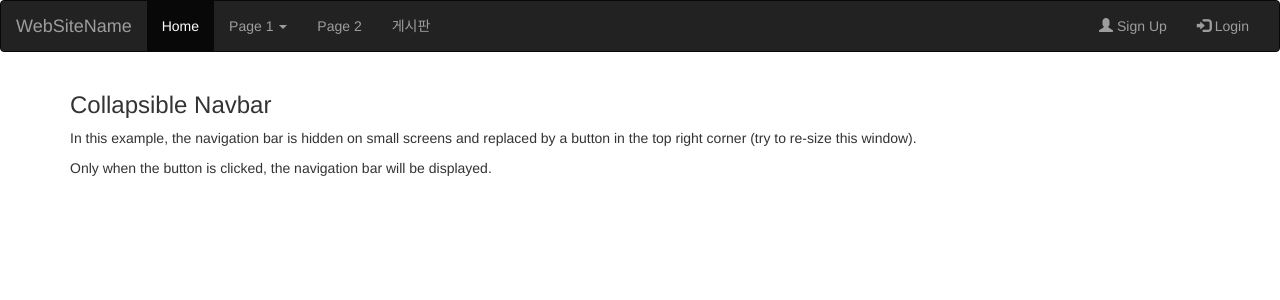
Repository: rlo-g/Spring
Page: http://localhost/SpringMVC03/WEB-INF/views/index.jsp
These files come from the project's save history. The page is drawn as it stood at one moment and after the next save; the edit follows.
The browser window is 1280 px wide. The pictures show the whole page.
The page is served by Tomcat 9. Nobody is signed in. Other server files are loaded and not shown. The template is opened directly, without the code that normally fills it, so the values that code supplies are empty.

Above is the page before, as saved 2023-09-14 03:23:41.

### SpringMVC03/src/main/webapp/WEB-INF/views/index.jsp
<%@ page language="java" contentType="text/html; charset=UTF-8"
    pageEncoding="UTF-8"%>
<!DOCTYPE html>
<html lang="en">
<head>
  <title>Bootstrap Example</title>
  <meta charset="utf-8">
  <meta name="viewport" content="width=device-width, initial-scale=1">
  <link rel="stylesheet" href="https://maxcdn.bootstrapcdn.com/bootstrap/3.4.1/css/bootstrap.min.css">
  <script src="https://ajax.googleapis.com/ajax/libs/jquery/3.6.4/jquery.min.js"></script>
  <script src="https://maxcdn.bootstrapcdn.com/bootstrap/3.4.1/js/bootstrap.min.js"></script>
</head>
<body>

<nav class="navbar navbar-inverse">
  <div class="container-fluid">
    <div class="navbar-header">
      <button type="button" class="navbar-toggle" data-toggle="collapse" data-target="#myNavbar">
        <span class="icon-bar"></span>
        <span class="icon-bar"></span>
        <span class="icon-bar"></span>
      </button>
      <a class="navbar-brand" href="#">WebSiteName</a>
    </div>
    <div class="collapse navbar-collapse" id="myNavbar">
      <ul class="nav navbar-nav">
        <li class="active"><a href="#">Home</a></li>
        <li class="dropdown">
          <a class="dropdown-toggle" data-toggle="dropdown" href="#">Page 1 <span class="caret"></span></a>
          <ul class="dropdown-menu">
            <li><a href="#">Page 1-1</a></li>
            <li><a href="#">Page 1-2</a></li>
            <li><a href="#">Page 1-3</a></li>
          </ul>
        </li>
        <li><a href="#">Page 2</a></li>
        <li><a href="boardMain.do">게시판</a></li>
      </ul>
      <ul class="nav navbar-nav navbar-right">
        <li><a href="#"><span class="glyphicon glyphicon-user"></span> Sign Up</a></li>
        <li><a href="#"><span class="glyphicon glyphicon-log-in"></span> Login</a></li>
      </ul>
    </div>
  </div>
</nav>

<div class="container">
  <h3>Collapsible Navbar</h3>
  <p>In this example, the navigation bar is hidden on small screens and replaced by a button in the top right corner (try to re-size this window).
  <p>Only when the button is clicked, the navigation bar will be displayed.</p>
</div>

</body>
</html>

After the next save:
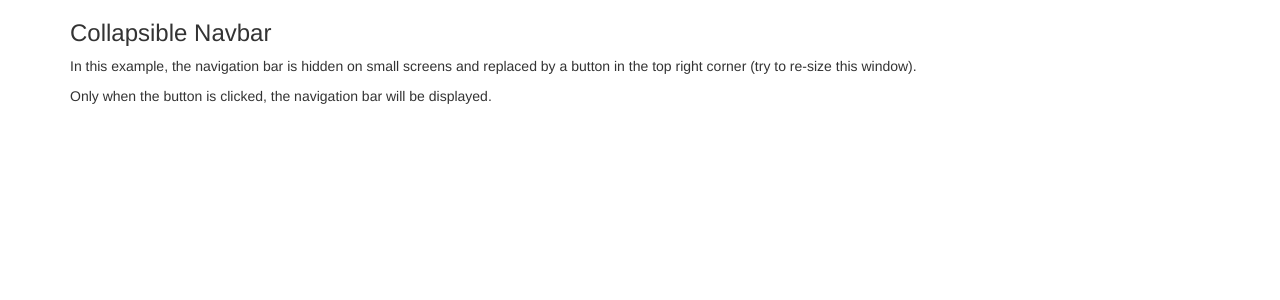
Saved 14 s later.
--- a/SpringMVC03/src/main/webapp/WEB-INF/views/index.jsp
+++ b/SpringMVC03/src/main/webapp/WEB-INF/views/index.jsp
@@ -12,37 +12,7 @@
 </head>
 <body>
 
-<nav class="navbar navbar-inverse">
-  <div class="container-fluid">
-    <div class="navbar-header">
-      <button type="button" class="navbar-toggle" data-toggle="collapse" data-target="#myNavbar">
-        <span class="icon-bar"></span>
-        <span class="icon-bar"></span>
-        <span class="icon-bar"></span>
-      </button>
-      <a class="navbar-brand" href="#">WebSiteName</a>
-    </div>
-    <div class="collapse navbar-collapse" id="myNavbar">
-      <ul class="nav navbar-nav">
-        <li class="active"><a href="#">Home</a></li>
-        <li class="dropdown">
-          <a class="dropdown-toggle" data-toggle="dropdown" href="#">Page 1 <span class="caret"></span></a>
-          <ul class="dropdown-menu">
-            <li><a href="#">Page 1-1</a></li>
-            <li><a href="#">Page 1-2</a></li>
-            <li><a href="#">Page 1-3</a></li>
-          </ul>
-        </li>
-        <li><a href="#">Page 2</a></li>
-        <li><a href="boardMain.do">게시판</a></li>
-      </ul>
-      <ul class="nav navbar-nav navbar-right">
-        <li><a href="#"><span class="glyphicon glyphicon-user"></span> Sign Up</a></li>
-        <li><a href="#"><span class="glyphicon glyphicon-log-in"></span> Login</a></li>
-      </ul>
-    </div>
-  </div>
-</nav>
+
 
 <div class="container">
   <h3>Collapsible Navbar</h3>
